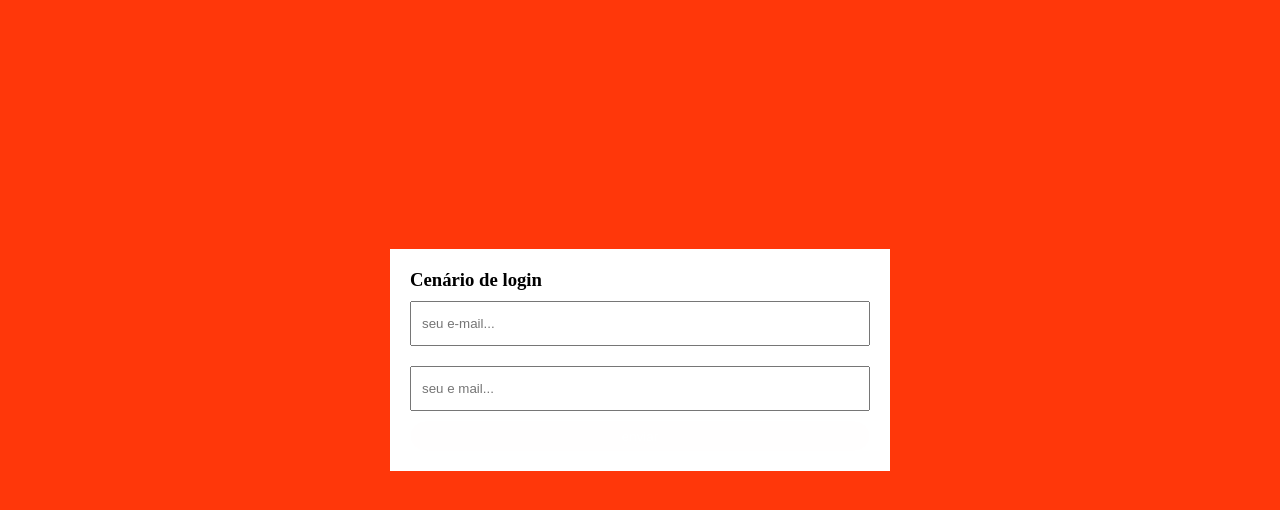
Repository: josceno/Sistema-para-controle-de-experimenta-o-animal
Page: index.html
An editor plug-in stored every save of this project. The page is shown before and after the next save, followed by the edit.
The browser window is 1280 px wide. The pictures show the whole page.

Above is the page before, as saved 2021-09-13 15:55:03.

### index.html
<html>
    <head>
        <title>Form Contato</title>

    </head>
    <style>
        *{margin:0; padding:0;box-sizing: border-box;}
        body
        {
            background-color: #ff2f00f5;
        }
        form
        {
            background-color: white;
            max-width: 500px;
            width: 70%;
            padding:20px;
            position:absolute;
            left: 50%;
            top: 50%;

            transform: translate(-50%,-50%);
        }
        form input[type=text],
        form input[type =text]{
            width: 100%;
            height: 45px;
            border:ipx solid #ccc;
            padding-left: 10px;
            margin: 10px 0;
        }
        form input[type=submit]
        {
            width: 100%;
            height:30px;
            cursor: pointer;
            background : #FF3B1101;
            color: white;
            border: 0;
            border-radius:20px;


        }
    </style>

    <body>

        <form>
            <h3>Cenário de login</h3>
            <input type="text" name ="email" placeholder= "seu e-mail..."/>
            <input type = "text" name = "email" placeholder=  "seu e mail..."/>
            <input type =  "submit"name = "acao" value = "enviar"/>
        </form>
    </body>
</html>

After the next save:
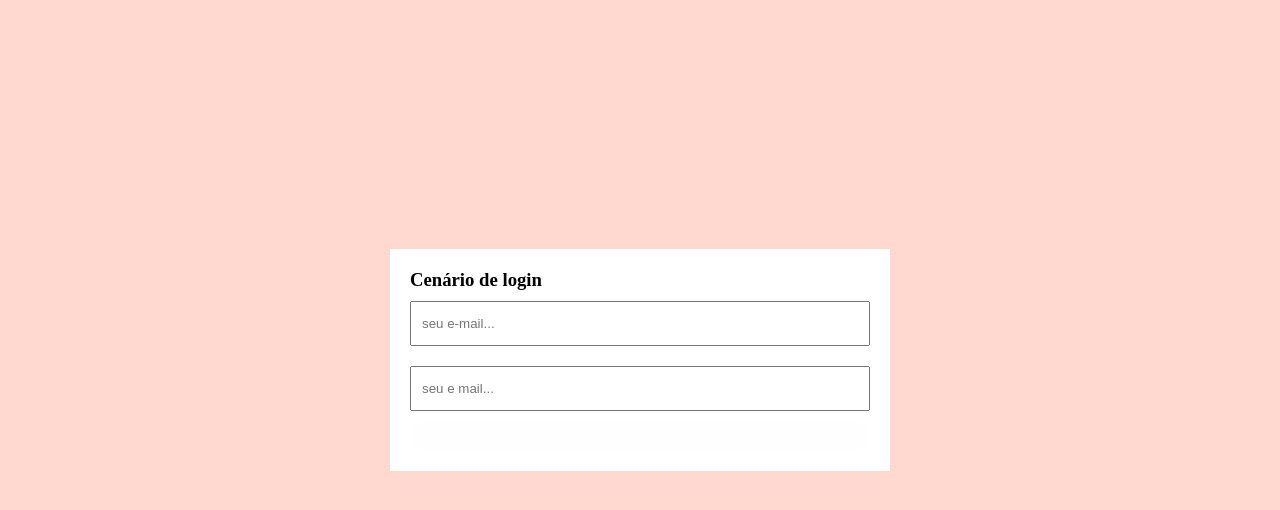
Saved 19 s later.
--- a/index.html
+++ b/index.html
@@ -7,7 +7,7 @@
         *{margin:0; padding:0;box-sizing: border-box;}
         body
         {
-            background-color: #ff2f00f5;
+            background-color: #ff2f002f;
         }
         form
         {
